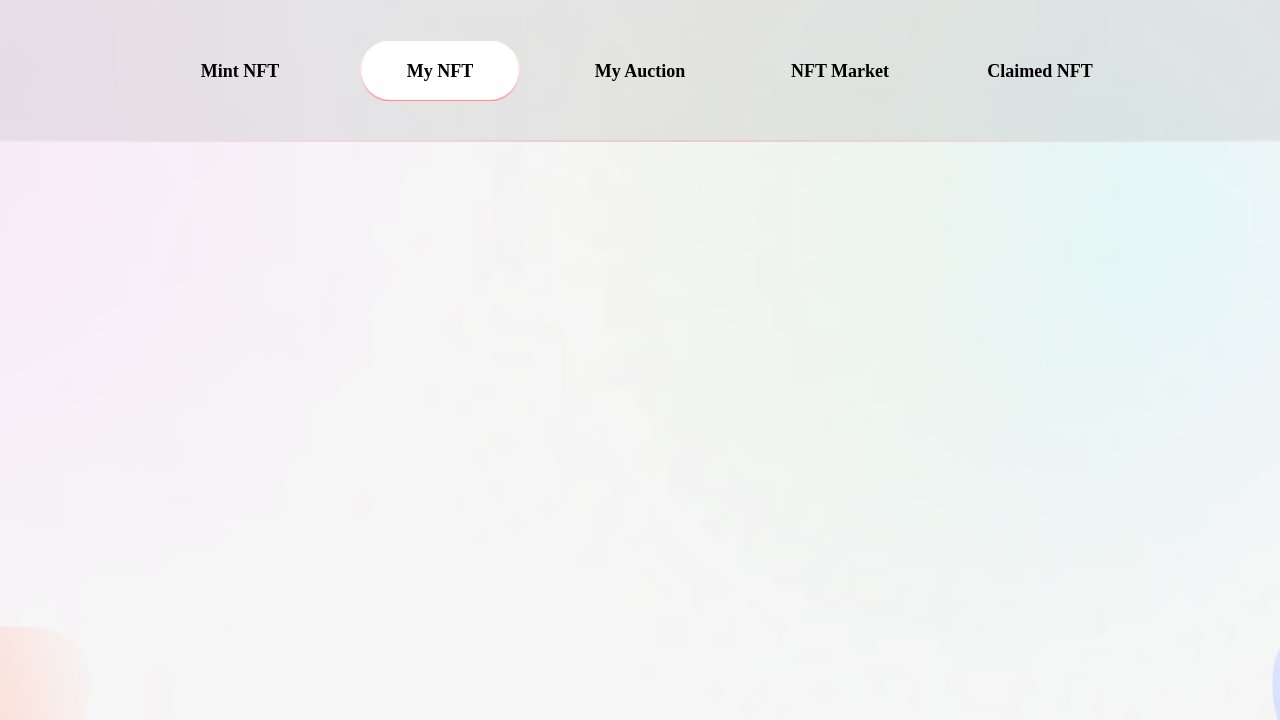
Repository: TomLei99/EnglishAuction-Resit
Page: index.html
The author's editor kept a copy of each file at every save. The page is drawn from the files as they stood at one save, then again after the next save.
The browser window is 1280 px wide. The pictures show the whole page.
The pointer rests on the first visible `.nav`.
The style sheet was rebuilt from its Sass, Less or Tailwind sources for each picture, by a compiler version that may differ from the author's.

Above is the page before, as saved 2023-08-05 16:31:57.

### index.html
<script>var $pageInfo = { publishmentSystemID: 1, channelID: 1, contentID: 0, siteUrl: "", homeUrl: "/home", currentUrl: "/", rootUrl: "", apiUrl: "/api" };</script>
<!DOCTYPE html
  PUBLIC "-//W3C//DTD XHTML 1.0 Transitional//EN" "http://www.w3.org/TR/xhtml1/DTD/xhtml1-transitional.dtd">
<html xmlns="http://www.w3.org/1999/xhtml">

<head>
  <meta http-equiv="Content-Type" content="text/html; charset=utf-8" />
  <title>手机端框架</title>
  <link href="css/style.css" rel="stylesheet" type="text/css" />
  <script type="text/javascript" src="js/jquery-1.9.1.min.js"></script>

<body class="bg-box">
  <!-- 导航 -->
  <div class="nav-box">
    <div class="nav">
      Mint NFT
    </div>
    <div class="nav nav-cur">
      My NFT
    </div>
    <div class="nav">
      My Auction
    </div>
    <div class="nav">
      NFT Market
    </div>
    <div class="nav">
      Claimed NFT
    </div>
  </div>

  <!-- 页面 -->
  <div class="content-box">
    <!-- 内容列表 -->
    <div class="item-box">

    </div>
  </div>



  <script type="text/javascript" src="js/index.js"></script>
</body>

</html>

### css/style.scss
/*reset-start*/
@charset "utf-8";

html {
    overflow-x: hidden;
    font-size: 14px;
}

body,
div,
dl,
dt,
dd,
ul,
ol,
li,
h1,
h2,
h3,
h4,
h5,
h6,
pre,
code,
form,
fieldset,
legend,
input,
button,
textarea,
p,
blockquote,
th,
td {
    margin: 0;
    padding: 0;
}

table {
    border-collapse: collapse;
    border-spacing: 0;
}

body {
    margin: 0 auto;
}

fieldset,
img {
    border: 0;
}

address,
caption,
cite,
code,
dfn,
em,
strong,
th,
var,
optgroup {
    font-style: inherit;
    font-weight: inherit;
}

del,
ins {
    text-decoration: none;
}

li {
    list-style: none;
}

caption,
th {
    text-align: left;
}

q:before,
q:after {
    content: '';
}

abbr,
acronym {
    border: 0;
    font-variant: normal;
}

input,
button,
textarea,
select,
optgroup,
option {
    font-size: inherit;
    font-style: inherit;
    font-weight: inherit;
}

input,
button,
textarea,
select {
    font-size: 100%;
}

input,
select {
    vertical-align: middle;
}

body {
    font: 12px/1.231;
}

select,
input,
button,
textarea,
button {
    font: 99%;
}

table {
    font-size: inherit;
    font: 100%;
    border-collapse: collapse;
}

pre,
code,
kbd,
samp,
tt {
    font-size: 108%;
    line-height: 100%;
}

/*title*/
h1 {
    font-size: 32px;
}

h2 {
    font-size: 26px;
}

h3 {
    font-size: 20px;
}

h4 {
    font-size: 14px;
}

h5 {
    font-size: 12px;
}

h6 {
    font-size: 10px;
}

a {
    color: #666;
    text-decoration: none;
}

/*for ie f6n.net*/
a:focus {
    outline: 0;
}

/*for ff f6n.net*/
a:hover {
    text-decoration: none;
}

p {
    text-align: justify;
    text-justify: inter-ideograph;
    white-space: normal;
}

.vam {
    vertical-align: middle;
}

.clear {
    clear: both;
    height: 0;
    line-height: 0;
    font-size: 0;
    overflow: hidden;
}

.tr {
    text-align: right;
}

.tl {
    text-align: left;
}

.pr {
    position: relative;
}

.pa {
    position: absolute;
}

.center {
    text-align: center;
}

.fl {
    float: left;
}

.fr {
    float: right;
}

.ys3 {
    opacity: 0.3;
}

.ys5 {
    opacity: 0.5;
}

.fz30 {
    font-size: 3.0vw;
}

/*英文小标题24px*/
.fz35 {
    font-size: 3.5vw;
}

/*正文字体28px*/
.fz37 {
    font-size: 3.75vw;
}

/*小标题30px*/
.fz75 {
    font-size: 7.5vw;
}

/*大标题60px*/

.t1s {
    -webkit-transition: all 1s;
    -moz-transition: all 1s;
    -o-transition: all 1s;
    transition: all 1s;
}

.tt {
    -webkit-transition: all 1s;
    -moz-transition: all 1s;
    -o-transition: all 1s;
    transition: all 1s;
}

.tt img {
    -webkit-transition: all 1s;
    -moz-transition: all 1s;
    -o-transition: all 1s;
    transition: all 1s;
}

.yy img {
    -moz-box-shadow: 0px 0px 20px 1px #8c8883;
    box-shadow: 0px 0px 20px 1px #8c8883;
}

/*页面内容*/
.bg-box {
    width: 100%;
    min-height: 100vh;
    background: url(../images/content-bg.jpg) no-repeat center center;
    background-size: cover;
}

/*居中内容*/
.center-box {
    width: 1434px;
    margin: 0 auto;
}


/* 导航 */
.nav-box {
    width: 100%;
    height: 142px;
    display: flex;
    justify-content: center;
    align-items: center;
    background: url(../images/nav-bg-hx.png) no-repeat center bottom #BCBCBC50;
    background-size: 100% 2px;

    .nav {
        width: 160px;
        height: 60px;
        font-size: 18px;
        font-weight: 600;
        color: #000000;
        display: flex;
        justify-content: center;
        align-items: center;
        margin: 0 20px;
    }

    .nav-cur {
        background: url(../images/nav-bg.png) no-repeat center center;
        background-size: 100%;
    }
}


/* 页面布局 */

Loaded but not shown: js/jquery-1.9.1.min.js (library); js/index.js (no stored copy; drawn as an empty file)

After the next save:
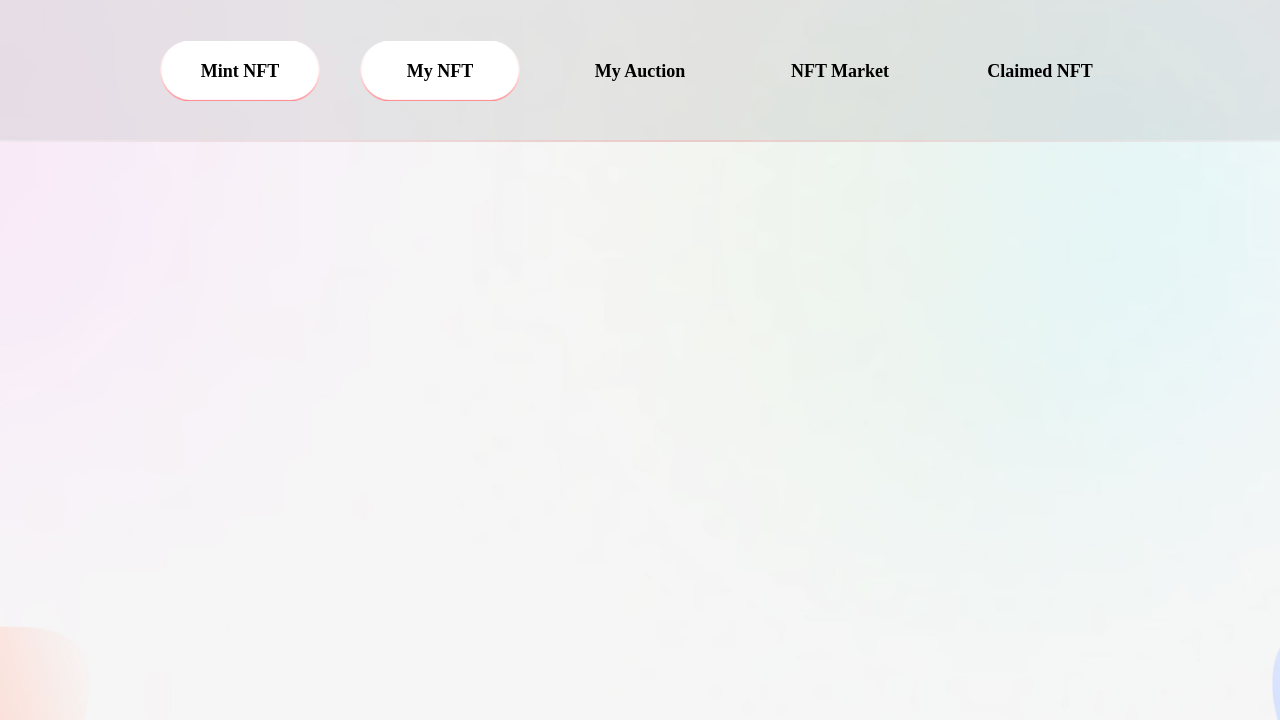
Saved 22 s later.
--- a/css/style.scss
+++ b/css/style.scss
@@ -321,6 +321,11 @@
         background: url(../images/nav-bg.png) no-repeat center center;
         background-size: 100%;
     }
+
+    .nav:hover {
+        background: url(../images/nav-bg.png) no-repeat center center;
+        background-size: 100%;
+    }
 }
 
 
